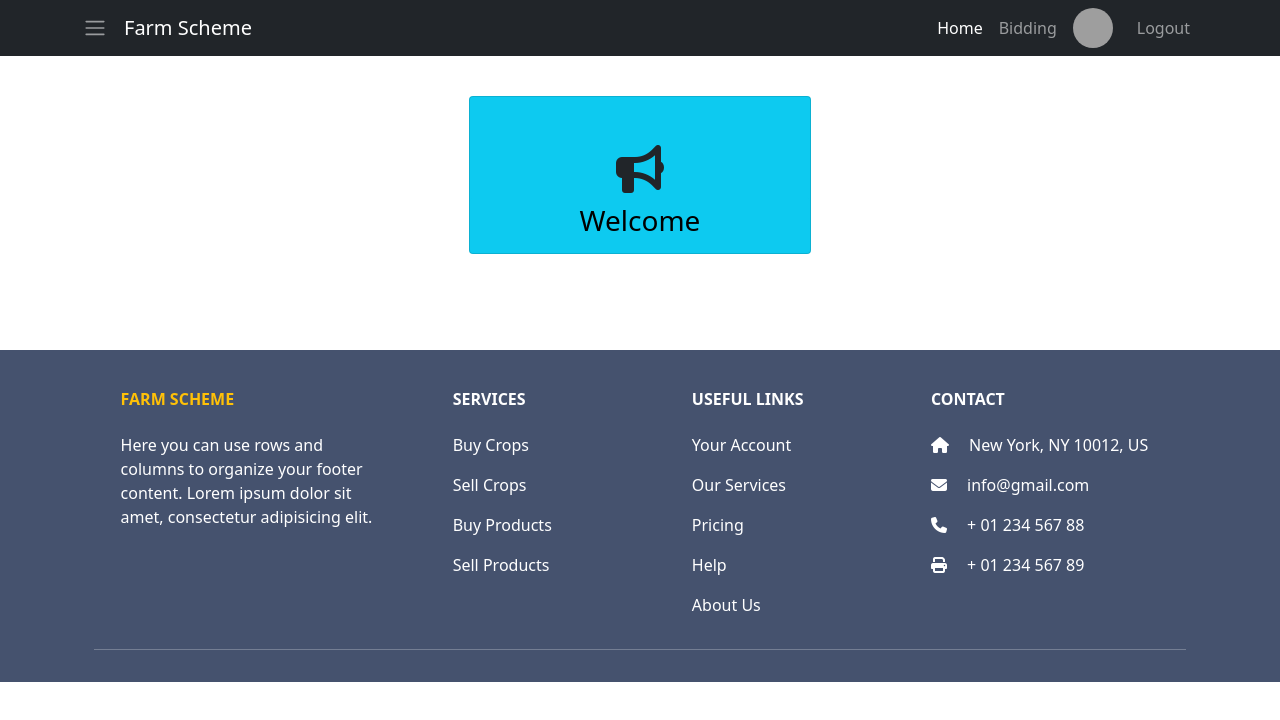
Repository: lavakumar17/Farmscheme
Page: http://localhost/demo/bidder/dashboard.jsp
These files come from the project's save history. The page is drawn as it stood at one moment and after the next save; the edit follows.
The browser window is 1280 px wide. The pictures show the whole page.
Pictures or frames that could not be fetched are drawn as grey boxes. Some web libraries are served in a nearby version. The page is served by Tomcat 9. Other server files are loaded and not shown. The template is opened directly, without the code that normally fills it, so the values that code supplies are empty.

Above is the page before, as saved 2022-06-23 05:09:16.

### MainProject/demo/src/main/webapp/bidder/dashboard.jsp
<%@ page language="java" contentType="text/html; charset=ISO-8859-1"
    pageEncoding="ISO-8859-1" isELIgnored="false"%>
    <%@taglib  uri="http://java.sun.com/jsp/jstl/core" prefix="c" %>
<!DOCTYPE html>
<html lang="en">
<head>
    <meta charset="UTF-8">
    <meta http-equiv="X-UA-Compatible" content="IE=edge">
    <meta name="viewport" content="width=device-width, initial-scale=1.0">
    <!-- Font awesome -->
    <%@include file="../fontawesome.jsp" %>
    <!-- BootStrap css and JavaScript links -->
    <%@include file="bootstrap_links.jsp" %>
    <title>Document</title>
    <!-- custom stylesheet -->
    <link href="../css/dashboard.css" rel="stylesheet"/>
</head>
<body>
<nav class="navbar navbar-expand-lg navbar-dark bg-dark fixed-top">
    <div class="container-fluid container">
      <button class="navbar-toggler-icon btn btn-default" id="menu-toggle"><a href="#menu-toggle"></a></button>
      <a class="navbar-brand pl-3" href="">Farm Scheme</a>
      <button
        class="navbar-toggler"
        type="button"
        data-bs-toggle="collapse"
        data-bs-target="#navbarNavDropdown"
        aria-controls="navbarNavDropdown"
        aria-expanded="false"
        aria-label="Toggle navigation"
      >
        <span class="navbar-toggler-icon"></span>
      </button>
      <div class="collapse navbar-collapse" id="navbarNavDropdown">
        <ul class="navbar-nav ms-auto">
          <li class="nav-item">
            <a class="nav-link active" aria-current="page" href="/receptionist/dashboard">Home</a>
          </li>
          <li class="nav-item">
            <a class="nav-link" href="/receptionist/availableRooms">Bidding</a>
          </li>
          <!-- <li class="nav-item">
            <a class="nav-link" href="#">Features</a>
          </li> -->
<!--           <li class="nav-item">
            <a class="nav-link" href="/receptionist/pricing">Insurance</a>
          </li> -->
          <li>
            <div class="d-sm-flex pl-2">
              <div class="d-none d-md-block">
                <img src="http://randomuser.me/api/portraits/men/12.jpg" class="rounded-circle d-none d-md-block" alt="" style="overflow: hidden; width: 40px; height: 40px;">
              </div>
              <a class="nav-link" href="#">
                   ${rname}
              </a>
          </li>
          <li>
            <a href="/logout" class="nav-link">Logout</a>
<!--             <form name="logoutForm" action="/logout" method="post" hidden="true">
      				<input hidden type="submit" value="/Logout"/>
			</form>  -->
          </li>
        </ul>
      </div>
    </div>
  </nav>
<br><br>
    <div id="wrapper" class="toggled">

        <!-- Sidebar -->
        <div id="sidebar-wrapper">
            <ul class="sidebar-nav">
                <li class="sidebar-brand">
                  <!-- <div class="container"> -->
                    <div class="d-sm-flex">
                    <div class="d-none d-sm-block">
                      <i class="fa fa-user-circle-o text-warning pt-3" aria-hidden="true" style="font-size:30px;"></i>
                </div>
                    <a href="#">
                        ${rname}
                    </a>
                  </div>
                <!-- </div> -->
                </li>
                <li>
                    <a href="/receptionist/dashboard.jsp">Dashboard</a>
                </li>
                <li>
                    <a href="javascript:document.bookRoomForm.submit()">Place Bid</a>

                </li>
                <li>
                    <a href="javascript:document.bookingInfoForm.submit()">Purchase History</a>
                </li>
                <li>
                  <a href="javascript:document.checkBillForm.submit()">View Market Place</a>
              </li>
                <li>
                  <a href="/logout">Logout</a>
                </li>
            </ul>
        </div>

        <!-- /#sidebar-wrapper -->
        <br><br>
        <div class="container">
          <div class="row">
            <div class="d-md-flex justify-content-center pb-5">
              <div class="col-md-4 col-xl-4">
                <div class="card bg-info order-card">
                  <div class="card-block d-none d-md-block">
                    <i class="fas fa-bullhorn p-5 pb-1 fa-3x text-center w-100"></i>
                  </div>
                  <a class="btn btn-info" href="javascript:document.sellRequestForm.submit()" role="button"><h3>Welcome</h3></a>
                <form name="sellRequestForm" action="/farmer/sellRequest" hidden="true" method="get">
      				<input hidden type="submit" value=""/></form>
                </div>
              </div>
              </div>
              </div>
              </div>

<br><br>
<!-- Footer -->
<%@include file="footer.jsp" %>
<script>
if ( window.history.replaceState ) {
  window.history.replaceState( null, null, "/bidder/dashboard.jsp" );
}
</script>
</body>
</html>

### MainProject/demo/src/main/webapp/fontawesome.jsp
<%@ page language="java" contentType="text/html; charset=ISO-8859-1"
    pageEncoding="ISO-8859-1"%>
    <!-- Font awesome -->
<script src="https://kit.fontawesome.com/29ed69fada.js" crossorigin="anonymous"></script>

### MainProject/demo/src/main/webapp/bidder/bootstrap_links.jsp
<!-- CSS only -->
<link rel="stylesheet" href="https://cdn.jsdelivr.net/npm/bootstrap@4.4.1/dist/css/bootstrap.min.css">
<link href="https://cdn.jsdelivr.net/npm/bootstrap@5.1.3/dist/css/bootstrap.min.css" rel="stylesheet"/>

<!-- JavScript Bundle with Popper -->
<script src="https://code.jquery.com/jquery-3.4.1.slim.min.js"></script>
<script src="https://cdn.jsdelivr.net/npm/popper.js@1.16.0/dist/umd/popper.min.js" ></script>
<script src="https://cdn.jsdelivr.net/npm/bootstrap@4.4.1/dist/js/bootstrap.min.js" ></script>
<script src="https://cdn.jsdelivr.net/npm/bootstrap@5.1.3/dist/js/bootstrap.bundle.min.js"></script>

### MainProject/demo/src/main/webapp/bidder/footer.jsp
<!-- Footer -->
  <footer
          class="text-center text-lg-start text-white"
          style="background-color: #45526e"
          id="footer"
          >
    <!-- Grid container -->
    <div class="container p-4 pb-0">
      <!-- Section: Links -->
      <section class="">
        <!--Grid row-->
        <div class="row">
          <!-- Grid column -->
          <div class="col-md-3 col-lg-3 col-xl-3 mx-auto mt-3">
            <h6 class="text-uppercase mb-4 font-weight-bold">
              <span class="text-warning">FARM SCHEME</span>
            </h6>
            <p>
              Here you can use rows and columns to organize your footer
              content. Lorem ipsum dolor sit amet, consectetur adipisicing
              elit.
            </p>
          </div>
          <!-- Grid column -->

          <hr class="w-100 clearfix d-md-none" />

          <!-- Grid column -->
          <div class="col-md-2 col-lg-2 col-xl-2 mx-auto mt-3">
            <h6 class="text-uppercase mb-4 font-weight-bold">SERVICES</h6>
            <p>
              <a class="text-white">Buy Crops</a>
            </p>
            <p>
              <a class="text-white">Sell Crops</a>
            </p>
            <p>
              <a class="text-white">Buy Products</a>
            </p>
            <p>
              <a class="text-white">Sell Products</a>
            </p>
          </div>
          <!-- Grid column -->

          <hr class="w-100 clearfix d-md-none" />

          <!-- Grid column -->
          <div class="col-md-3 col-lg-2 col-xl-2 mx-auto mt-3">
            <h6 class="text-uppercase mb-4 font-weight-bold">
              Useful links
            </h6>
            <p>
              <a class="text-white">Your Account</a>
            </p>
            <p>
              <a class="text-white">Our Services</a>
            </p>
            <p>
              <a class="text-white">Pricing</a>
            </p>
            <!-- <p>
              <a class="text-white">Become an Affiliate</a>
            </p> -->
            <p>
              <a class="text-white">Help</a>
            </p>
            <p>
              <a class="text-white">About Us</a>
            </p>
          </div>

          <!-- Grid column -->
          <hr class="w-100 clearfix d-md-none" />

          <!-- Grid column -->
          <div class="col-md-4 col-lg-3 col-xl-3 ms-auto mt-3">
            <h6 class="text-uppercase mb-4 font-weight-bold">Contact</h6>
            <p><i class="fas fa-home mr-3"></i> New York, NY 10012, US</p>
            <p><i class="fas fa-envelope mr-3"></i> info@gmail.com</p>
            <p><i class="fas fa-phone mr-3"></i> + 01 234 567 88</p>
            <p><i class="fas fa-print mr-3"></i> + 01 234 567 89</p>
          </div>
          <!-- Grid column -->
        </div>
        <!--Grid row-->
      </section>
      <!-- Section: Links -->

      <hr class="my-3">

      <!-- Section: Copyright -->
      <section class="p-3 pt-0">
        <div class="row d-flex align-items-center">
          <!-- Grid column -->
          <div class="col-md-7 col-lg-8 text-center text-md-start">
            <!-- Copyright -->
            <!-- <div class="p-3">
              © 2020 Copyright:
              <a class="text-white" href="https://mdbootstrap.com/"
                 >farmscheme.com</a
                >
            </div> -->
            <!-- Copyright -->
          </div>
          <!-- Grid column -->

          <!-- Grid column -->
         <!--  <div class="col-md-5 col-lg-4 ml-lg-0 text-center text-md-end">
            Facebook
            <a
               class="btn btn-outline-light btn-floating m-1"
               class="text-white"
               role="button"
               ><i class="fab fa-facebook-f"></i
              ></a>

            Twitter
            <a
               class="btn btn-outline-light btn-floating m-1"
               class="text-white"
               role="button"
               ><i class="fab fa-twitter"></i
              ></a>

            Google
            <a
               class="btn btn-outline-light btn-floating m-1"
               class="text-white"
               role="button"
               ><i class="fab fa-google"></i
              ></a>

            Instagram
            <a
               class="btn btn-outline-light btn-floating m-1"
               class="text-white"
               role="button"
               ><i class="fab fa-instagram"></i
              ></a>
          </div> -->
          <!-- Grid column -->
        </div>
      </section>
      <!-- Section: Copyright -->
    </div>
    <!-- Grid container -->
  </footer>
  <!-- Footer -->

### MainProject/demo/src/main/webapp/css/dashboard.css
@charset "ISO-8859-1";
      /*!
 * Start Bootstrap - Simple Sidebar HTML Template (http://startbootstrap.com)
 * Code licensed under the Apache License v2.0.
 * For details, see http://www.apache.org/licenses/LICENSE-2.0.
 */

/* Toggle Styles */

#wrapper {
  padding-left: 0;
  -webkit-transition: all 0.5s ease;
  -moz-transition: all 0.5s ease;
  -o-transition: all 0.5s ease;
  transition: all 0.5s ease;
}
#wrapper.toggled {
  padding-left: 250px;
}
#sidebar-wrapper {
  z-index: 1000;
  position: fixed;
  left: 250px;
  width: 0;
  height: 100%;
  margin-left: -250px;
  overflow-y: auto;
  background: #000;
  -webkit-transition: all 0.5s ease;
  -moz-transition: all 0.5s ease;
  -o-transition: all 0.5s ease;
  transition: all 0.5s ease;
}
#wrapper.toggled #sidebar-wrapper {
  width: 250px;
}
#page-content-wrapper {
  width: 100%;
  position: absolute;
  padding: 15px;
}
#wrapper.toggled #page-content-wrapper {
  position: absolute;
  margin-right: -250px;
}
/* Sidebar Styles */

.sidebar-nav {
  position: absolute;
  top: 0;
  width: 250px;
  margin: 0;
  padding: 0;
  list-style: none;
}
.sidebar-nav li {
  text-indent: 20px;
  line-height: 40px;
}
.sidebar-nav li a {
  display: block;
  text-decoration: none;
  color: #999999;
}
.sidebar-nav li a:hover {
  text-decoration: none;
  color: #fff;
  background: rgba(255, 255, 255, 0.2);
}
.sidebar-nav li a:active,
.sidebar-nav li a:focus {
  text-decoration: none;
}
.sidebar-nav > .sidebar-brand {
  height: 65px;
  font-size: 18px;
  line-height: 60px;
}
.sidebar-nav > .sidebar-brand a {
  color: #999999;
}
.sidebar-nav > .sidebar-brand a:hover {
  color: #fff;
  background: none;
}
@media(min-width:768px) {
  #wrapper {
    padding-left: 250px;
  }
  #wrapper.toggled {
    padding-left: 0;
  }
  #sidebar-wrapper {
    width: 250px;
  }
  #wrapper.toggled #sidebar-wrapper {
    width: 0;
  }
  #page-content-wrapper {
    padding: 20px;
    position: relative;
  }
  #wrapper.toggled #page-content-wrapper {
    position: relative;
    margin-right: 0;
  }
}

After the next save:
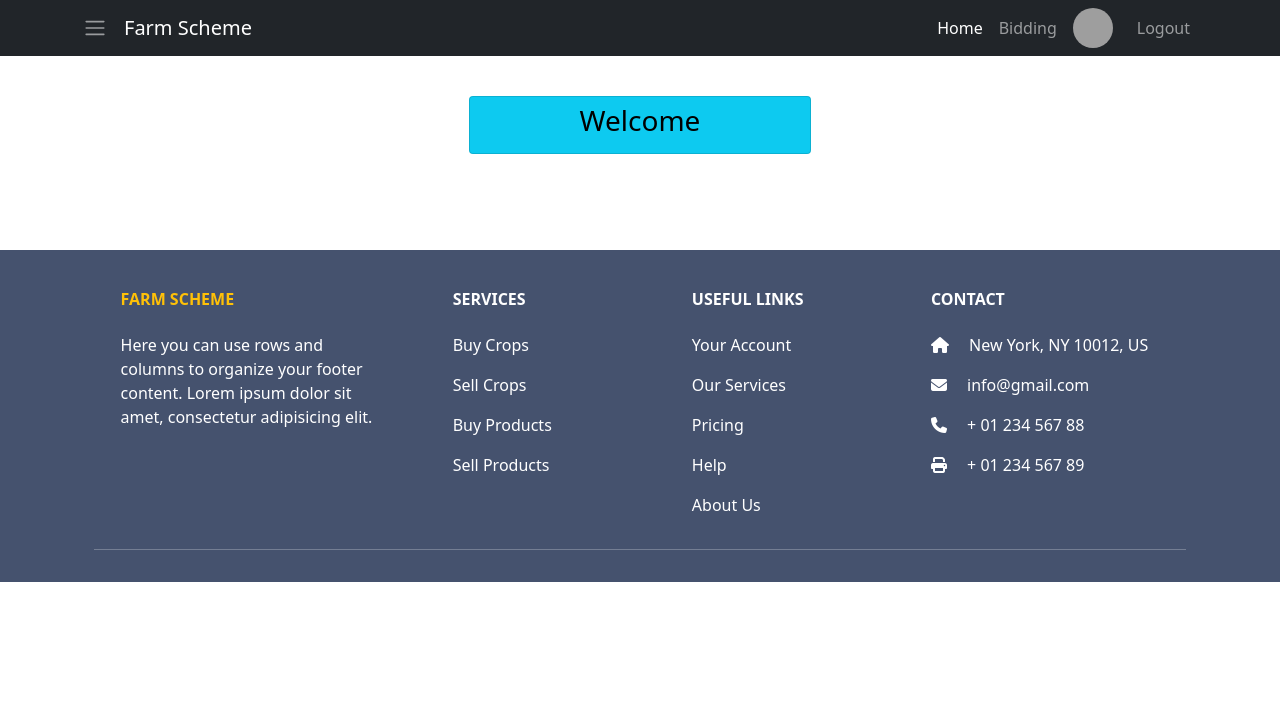
Saved 78 s later.
--- a/MainProject/demo/src/main/webapp/bidder/dashboard.jsp
+++ b/MainProject/demo/src/main/webapp/bidder/dashboard.jsp
@@ -109,7 +109,7 @@
               <div class="col-md-4 col-xl-4">
                 <div class="card bg-info order-card">
                   <div class="card-block d-none d-md-block">
-                    <i class="fas fa-bullhorn p-5 pb-1 fa-3x text-center w-100"></i>
+                    <!-- <i class="fas fa-bullhorn p-5 pb-1 fa-3x text-center w-100"></i> -->
                   </div>
                   <a class="btn btn-info" href="javascript:document.sellRequestForm.submit()" role="button"><h3>Welcome</h3></a>
                 <form name="sellRequestForm" action="/farmer/sellRequest" hidden="true" method="get">
